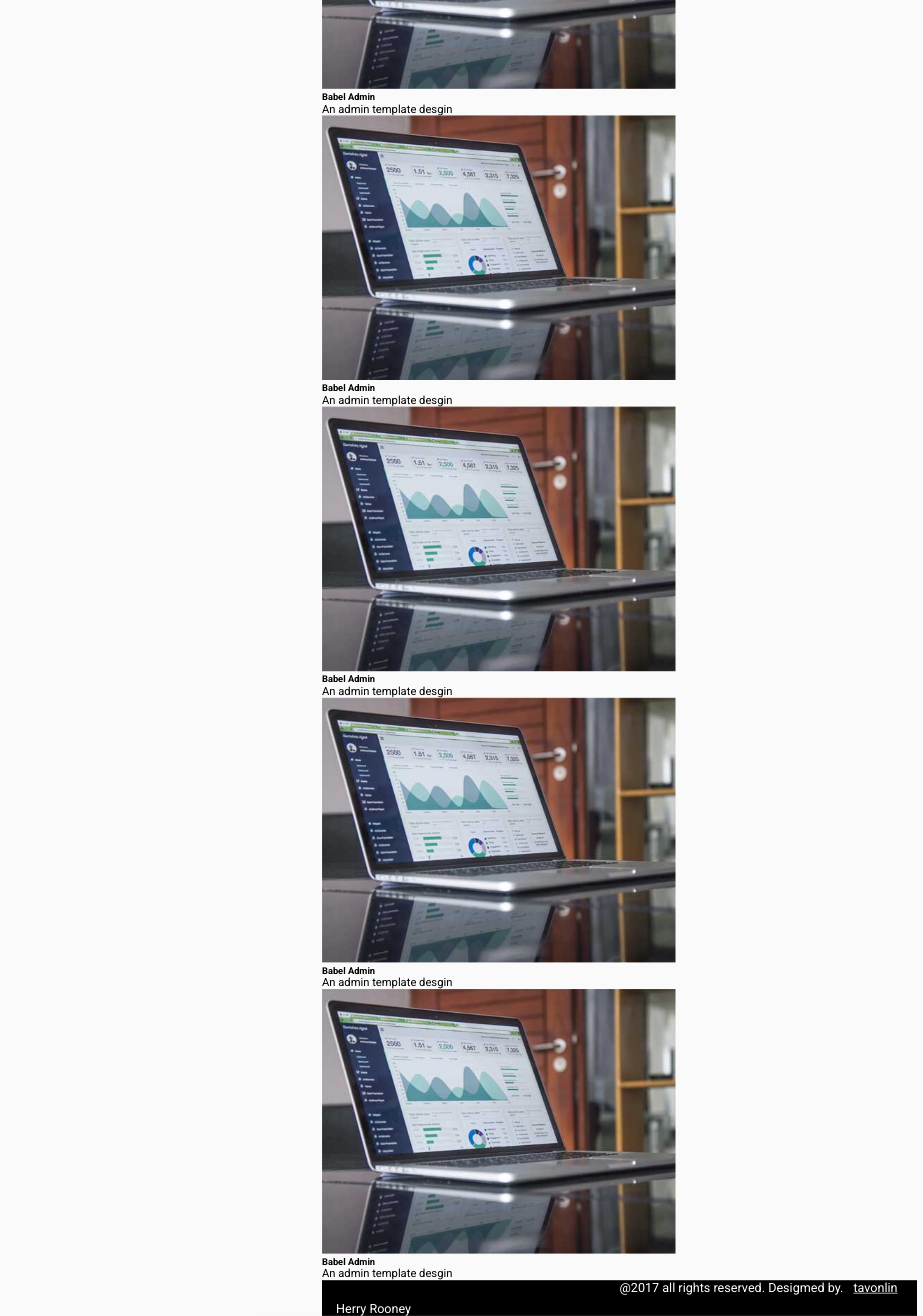
Repository: Lehuyhuynh/mat
Page: index.html
The author's editor kept a copy of each file at every save. The page is drawn from the files as they stood at one save, then again after the next save.
The browser window is 1280 px wide. The page is 1319 px wide, so the pictures cover 1319 px, including what lies to the right of the window. The pictures show the part of the page from y = 4117 to 5997 px (the page is 5997 px tall), at 70% of full size.
Some icons come from a web library that is not loaded, so they are not drawn.

Above is the page before, as saved 2023-04-13 17:14:23.

After the next save:
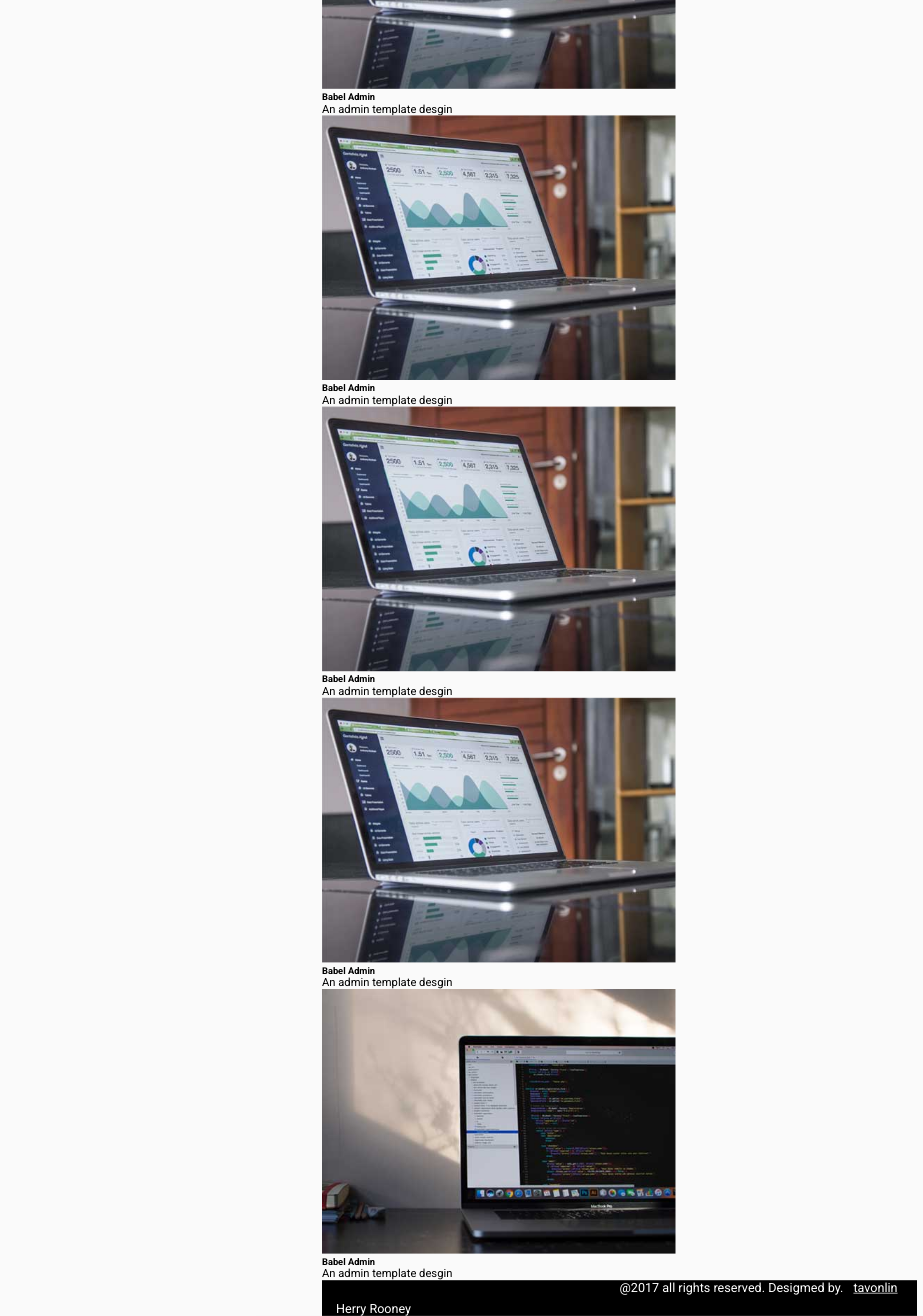
Saved 15 s later.
--- a/index.html
+++ b/index.html
@@ -479,7 +479,7 @@
                                             </div>
 
                                             <div class="porifolo-singlePage_list">
-                                                <img src="img/works/work-01.jpg" alt="#">
+                                                <img src="img/works/work-09.jpg" alt="#">
                                                 <div class="porifolo-singlePage_name"><h5>Babel Admin</h5>
                                                     <span>An admin template desgin</span>
 
